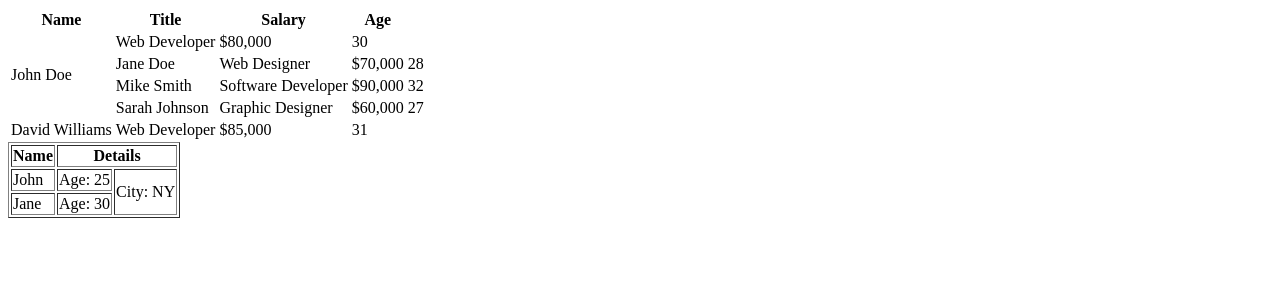
Repository: arunyerram/Web-TEChnologies
Page: Class2/code.html
The author's editor kept a copy of each file at every save. The page is drawn from the files as they stood at one save, then again after the next save.
The browser window is 1280 px wide. The pictures show the whole page.

Above is the page before, as saved 2025-02-14 12:47:17.

### Class2/code.html
<!DOCTYPE html>
<html lang="en">
<head>
    <meta charset="UTF-8">
    <meta name="viewport" content="width=device-width, initial-scale=1.0">
    <title>Document</title>
</head>
<body>
    <table>
        <thead>
            <tr ">
                <th>Name</th>
                <th>Title</th>
                <th>Salary </th>
                <th>Age</th>
            </tr>
        </thead>
        <tbody>
            <tr >
                <td rowspan="4">John Doe</td>
                <td>Web Developer</td>
                <td>$80,000 </td>
                <td>30</td>
            </tr>
            <tr>
                <td>Jane Doe</td>
                <td>Web Designer</td>
                <td>$70,000 </td>
                <td>28</td>
            </tr>
            <tr >
                <td>Mike Smith</td>
                <td>Software Developer</td>
                <td>$90,000 </td>
                <td>32</td>
            </tr>
            <tr>
                <td>Sarah Johnson</td>
                <td>Graphic Designer</td>
                <td>$60,000 </td>
                <td>27</td>
            </tr>
            <tr>
                <td>David Williams</td>
                <td>Web Developer</td>
                <td>$85,000 </td>
                <td>31</td>
            </tr>
        </tbody>
    </table>

    <table border="1">
        <tr>
            <th>Name</th>
            <th colspan="2">Details</th>
        </tr>
        <tr>
            <td>John</td>
            <td>Age: 25</td>
            <td rowspan="2">City: NY</td>
        </tr>
        <tr>
            <td>Jane</td>
            <td>Age: 30</td>
        </tr>
    </table>

</body>
</html>

After the next save:
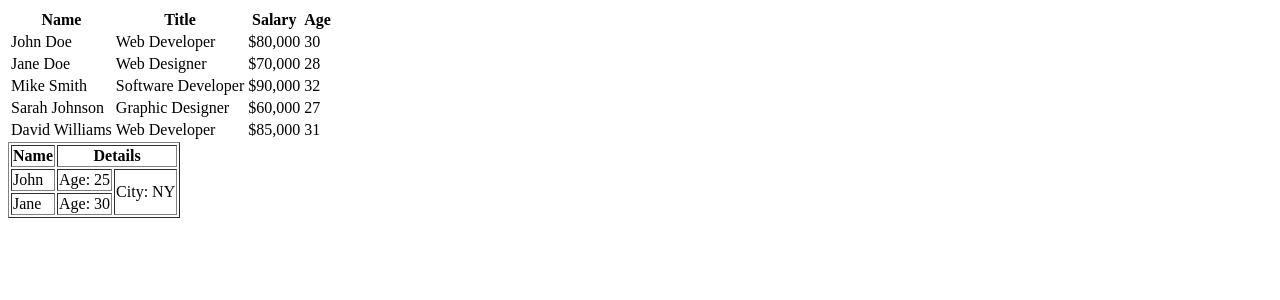
Saved 85 s later.
--- a/Class2/code.html
+++ b/Class2/code.html
@@ -17,7 +17,7 @@
         </thead>
         <tbody>
             <tr >
-                <td rowspan="4">John Doe</td>
+                <td >John Doe</td>
                 <td>Web Developer</td>
                 <td>$80,000 </td>
                 <td>30</td>
